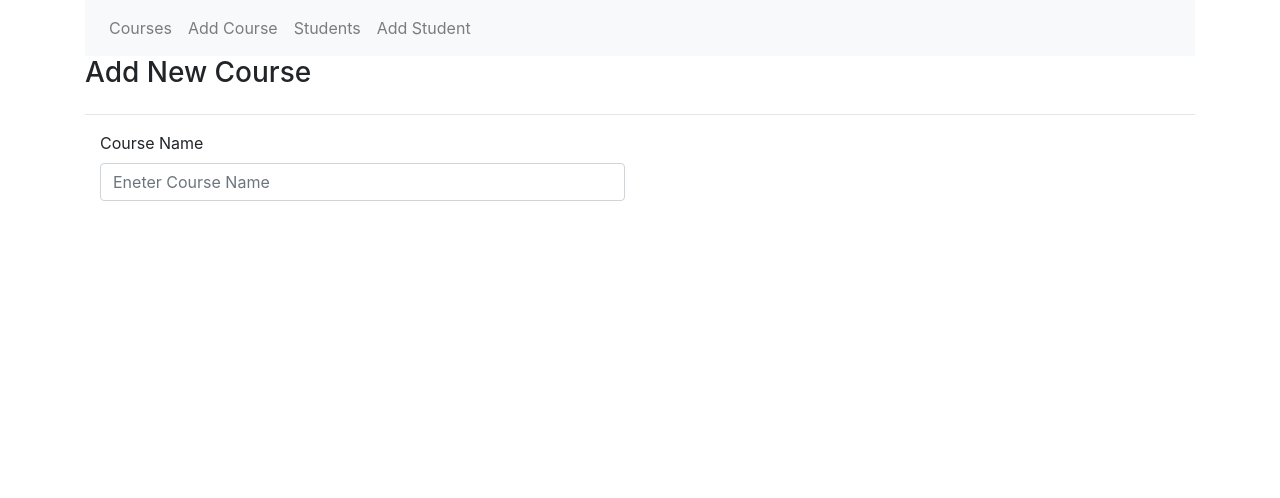
Repository: pyaephyotint22/Maven-Student-Course
Page: http://localhost/06-EL-JSTL/course-add.jsp
An editor plug-in stored every save of this project. The page is shown before and after the next save, followed by the edit.
The browser window is 1280 px wide. The pictures show the whole page.
The page is served by Tomcat 9.

Above is the page before, as saved 2020-12-20 09:21:30.

After the next save:
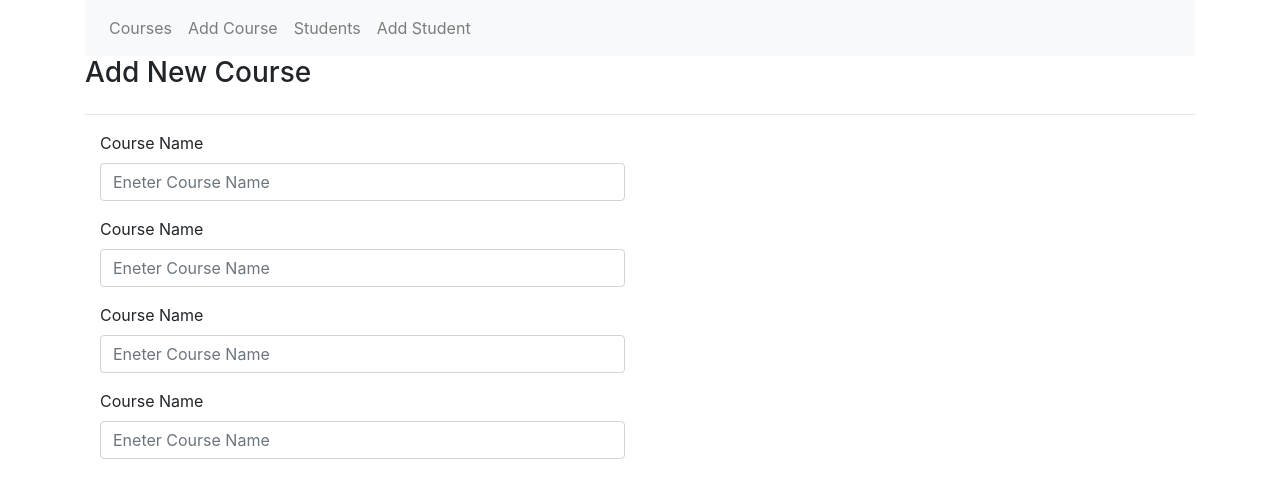
Saved 11 s later.
--- a/06-EL-JSTL/src/main/webapp/course-add.jsp
+++ b/06-EL-JSTL/src/main/webapp/course-add.jsp
@@ -24,6 +24,18 @@
 					<label>Course Name</label>
 					<input type="text" name="coursename" requried="required" placeholder="Eneter Course Name" class="form-control">
 				</div>
+				<div class="form-group">
+					<label>Course Name</label>
+					<input type="text" name="coursename" requried="required" placeholder="Eneter Course Name" class="form-control">
+				</div>
+				<div class="form-group">
+					<label>Course Name</label>
+					<input type="text" name="coursename" requried="required" placeholder="Eneter Course Name" class="form-control">
+				</div>
+				<div class="form-group">
+					<label>Course Name</label>
+					<input type="text" name="coursename" requried="required" placeholder="Eneter Course Name" class="form-control">
+				</div>
 				</form>
 			</div>
 		</div>
